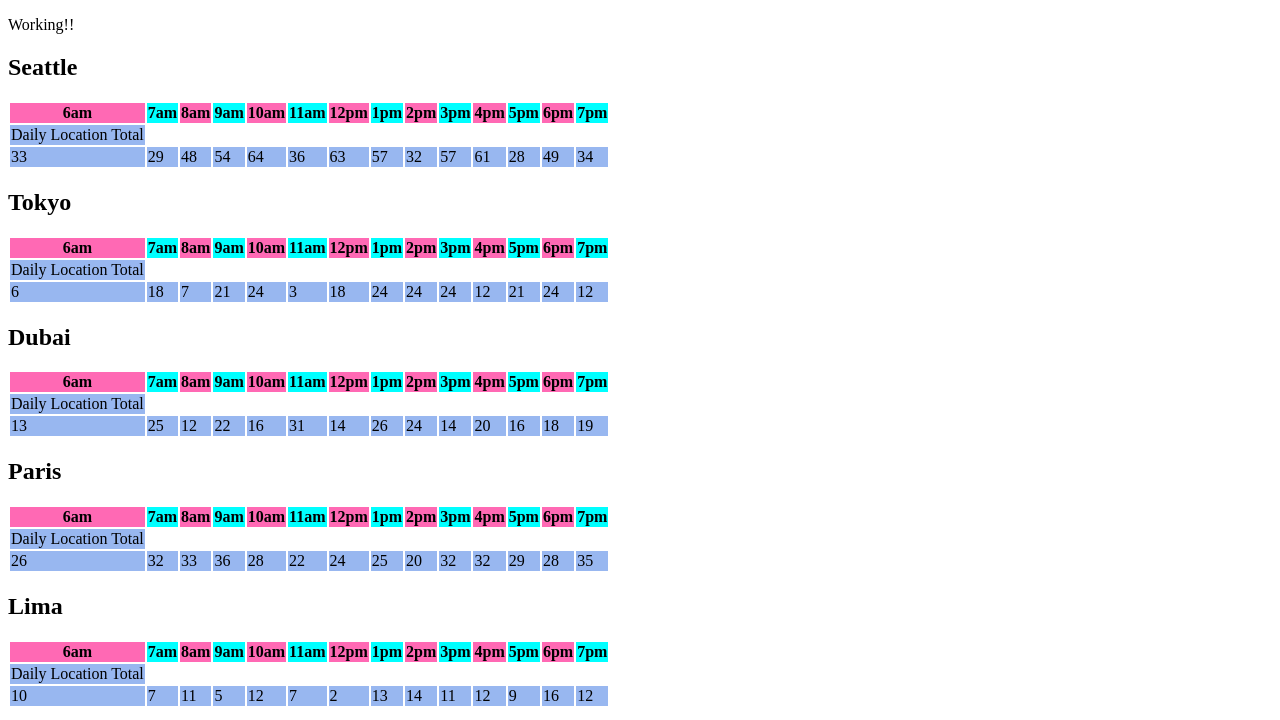
Repository: aaron1986/cookie_stand
Page: sales.html
An editor plug-in stored every save of this project. The page is shown before and after the next save, followed by the edit.
The browser window is 1280 px wide. The pictures show the whole page.

Above is the page before, as saved 2023-09-26 14:42:39.

After the next save:
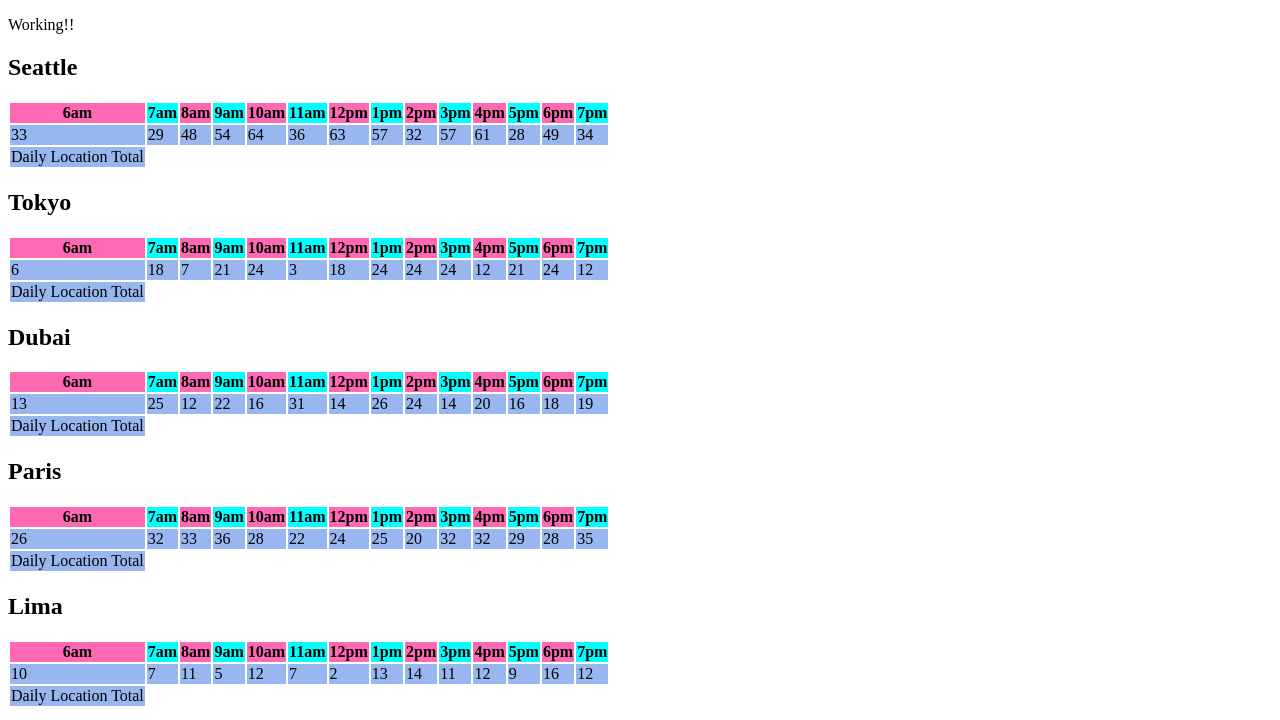
Saved 92 s later.
--- a/app.js
+++ b/app.js
@@ -88,17 +88,14 @@
 // Calculate the daily total for each hour
 for (let i = 0; i < locationData.customersPerHour[0].length; i++) {
     let dailyTotal = 0;
-    const td = document.createElement("td");
-    td.textContent = `${dailyTotal} cookies`;
-    totalRow.appendChild(td);
 }
 
 // Append the total row to the table body
-tbody.appendChild(totalRow);
+
 
     tbody.appendChild(dataRow);
     table.appendChild(tbody);
-
+    tbody.appendChild(totalRow);
     article.appendChild(table);
     shopLocationHtml.appendChild(article);
 }

After the save that followed:
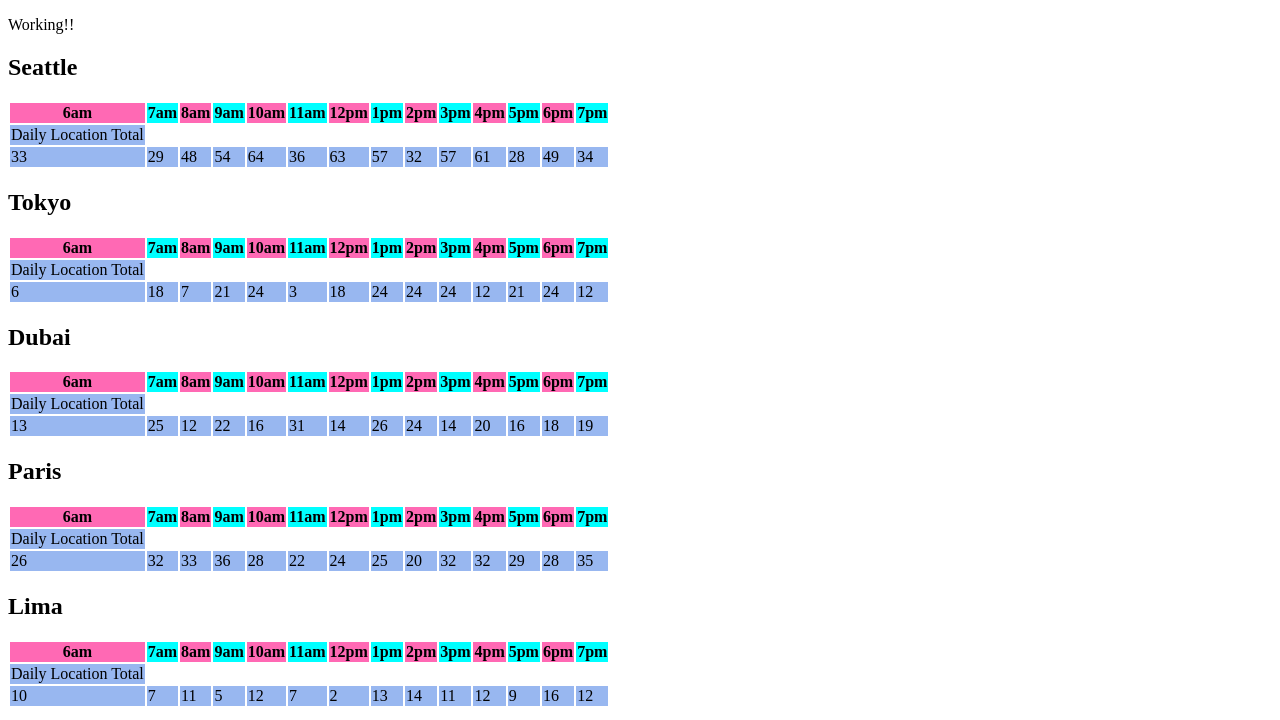
Saved 27 s later.
--- a/app.js
+++ b/app.js
@@ -88,14 +88,32 @@
 // Calculate the daily total for each hour
 for (let i = 0; i < locationData.customersPerHour[0].length; i++) {
     let dailyTotal = 0;
+    for (let j = 0; j < locationData.customersPerHour.length; j++) {
+        dailyTotal += locationData.customersPerHour[j][i];
+    }
+    const td = document.createElement("td");
+    td.textContent = `${dailyTotal} cookies`;
+    totalRow.appendChild(td);
 }
 
 // Append the total row to the table body
+tbody.appendChild(totalRow);
+
+// Append the table body to the table
+table.appendChild(tbody);
+
+// Append the table to the article
+article.appendChild(table);
+
+// Append the article to the shopLocationHtml element
+shopLocationHtml.appendChild(article);
+
+
 
 
     tbody.appendChild(dataRow);
     table.appendChild(tbody);
-    tbody.appendChild(totalRow);
+
     article.appendChild(table);
     shopLocationHtml.appendChild(article);
 }
